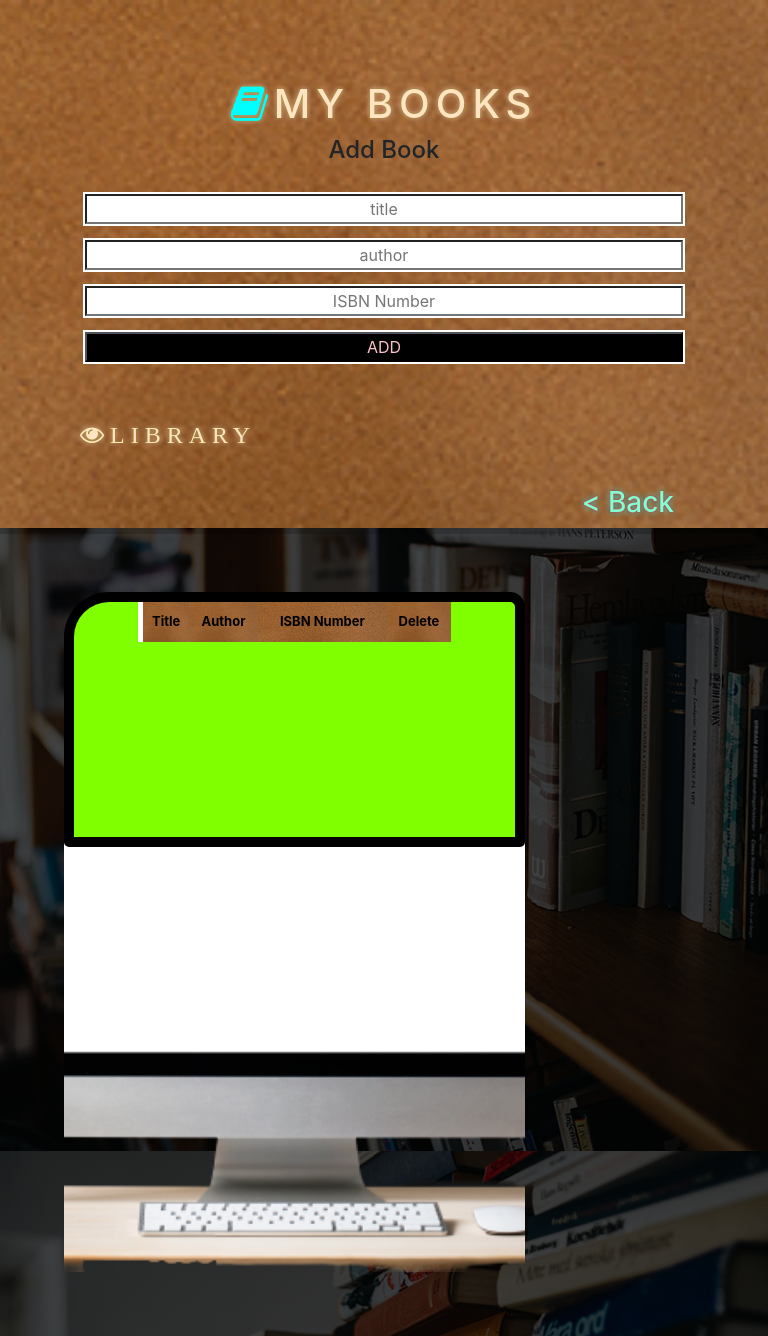
Repository: CSituma/Home-Library-App
Page: libu.html
These files come from the project's save history. The page is drawn as it stood at one moment and after the next save; the edit follows.
The browser window is 768 px wide. The pictures show the whole page.
Backgrounds fixed to the window are drawn as part of the page. Some web libraries are served in a nearby version.

Above is the page before, as saved 2020-11-10 22:16:47.

After the next save:
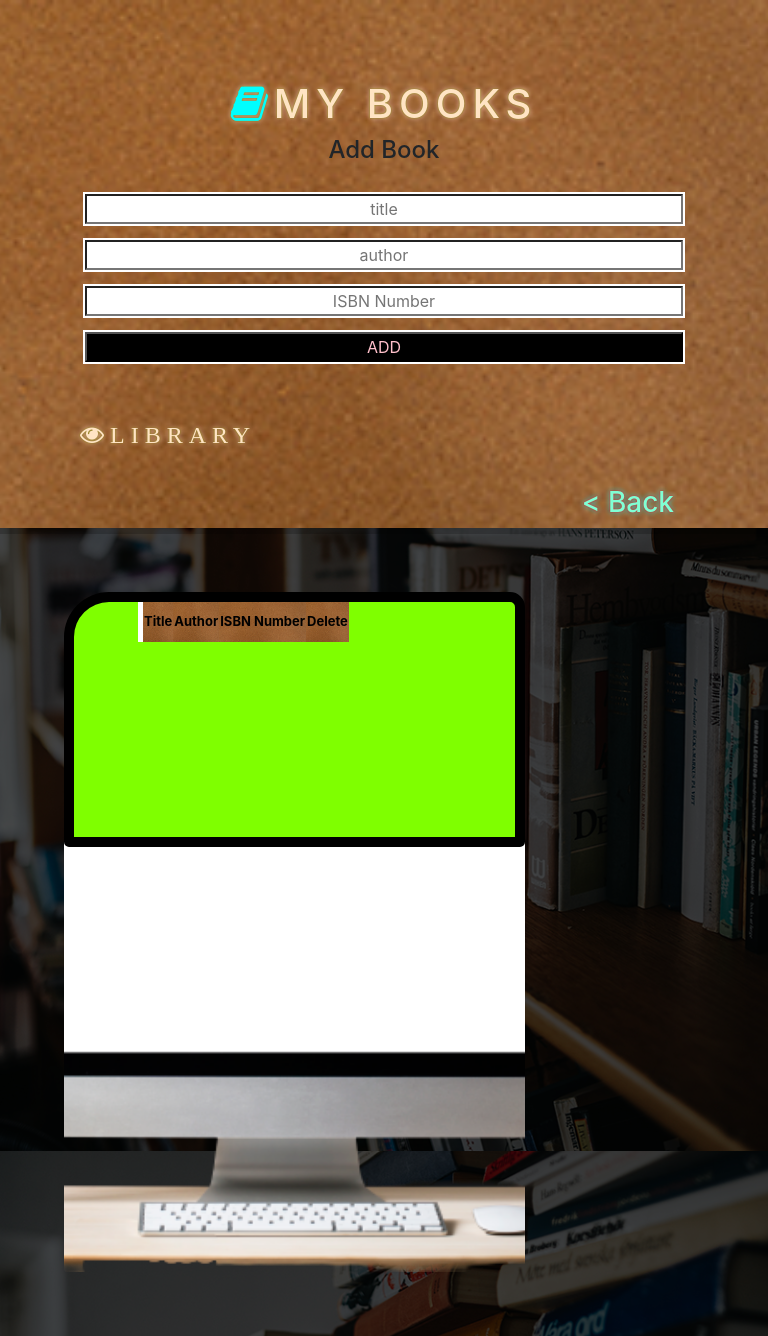
Saved 35 s later.
--- a/style.css
+++ b/style.css
@@ -249,7 +249,7 @@ table{
   align-items: center;
   float: left;
   margin: 0;
- padding: 4em;
+  width: auto;
 
 }
 .js{
